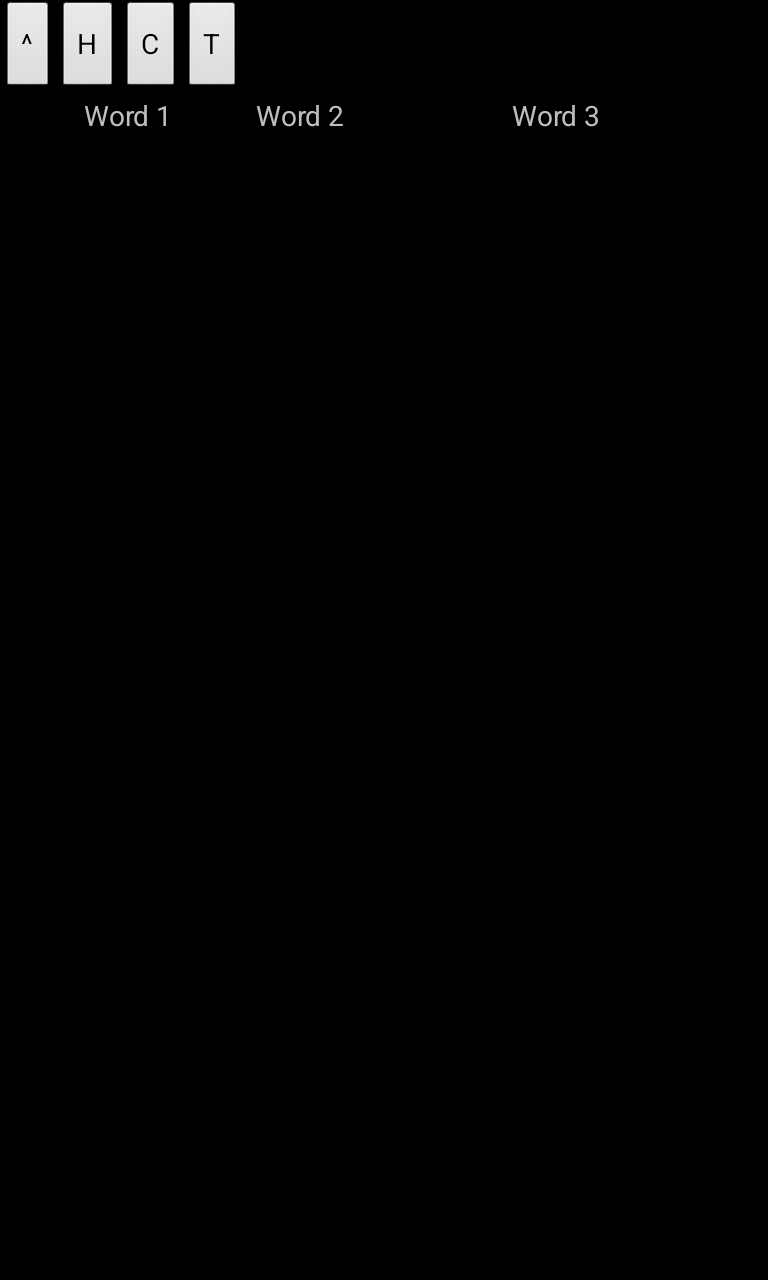
Repository: simplesns/workspace
Layout: eclipse/DEPuzzles/res/layout/wordsearch.xml
The author's editor kept a copy of each file at every save. The layout is drawn from the files as they stood at one save, then again after the next save.
It is drawn on a 768 x 1280 px phone screen (xhdpi) without system bars, with theme android:Theme; the app's code is not run.

Above is the layout before, as saved 2011-02-04 08:35:08.

### eclipse/DEPuzzles/res/layout/wordsearch.xml
<?xml version="1.0" encoding="utf-8"?>
<LinearLayout xmlns:android="http://schemas.android.com/apk/res/android"
	android:layout_width="fill_parent" android:layout_height="fill_parent"
	android:orientation="vertical">
	<LinearLayout android:id="@+id/LinearLayout01"
		android:layout_width="wrap_content" android:layout_height="wrap_content">
		<Button android:text="^" android:id="@+id/Button01"
			android:layout_width="wrap_content" android:layout_height="wrap_content"></Button>
		<Button android:text="H" android:id="@+id/Button02"
			android:layout_width="wrap_content" android:layout_height="wrap_content"></Button>
		<Button android:text="C" android:id="@+id/Button03"
			android:layout_width="wrap_content" android:layout_height="wrap_content"></Button>
		<Button android:text="T" android:id="@+id/Button04"
			android:layout_width="wrap_content" android:layout_height="wrap_content"></Button>
	</LinearLayout>
	<LinearLayout android:id="@+id/LinearLayout02"
		android:layout_width="wrap_content" android:layout_height="wrap_content"></LinearLayout>
	<TableLayout android:id="@+id/TableLayout01"
		android:layout_width="fill_parent" android:layout_height="wrap_content">
		<TableRow android:id="@+id/TableRow01" android:layout_width="fill_parent"
			android:layout_height="wrap_content">
			<TextView android:text="Word 1" android:id="@+id/TextView01"
				android:layout_width="wrap_content" android:layout_height="wrap_content"
				android:layout_weight="1" android:gravity="center_horizontal"></TextView>
			<TextView android:text="Word 2" android:id="@+id/TextView01"
				android:layout_width="wrap_content" android:layout_height="wrap_content"
				android:layout_weight="1"></TextView>
			<TextView android:text="Word 3" android:id="@+id/TextView01"
				android:layout_width="wrap_content" android:layout_height="wrap_content"
				android:layout_weight="1"></TextView>
		</TableRow>
		<TableRow android:id="@+id/TableRow02" android:layout_width="wrap_content"
			android:layout_height="wrap_content"></TableRow>
		<TableRow android:id="@+id/TableRow03" android:layout_width="wrap_content"
			android:layout_height="wrap_content"></TableRow>

	</TableLayout>
</LinearLayout>

After the next save:
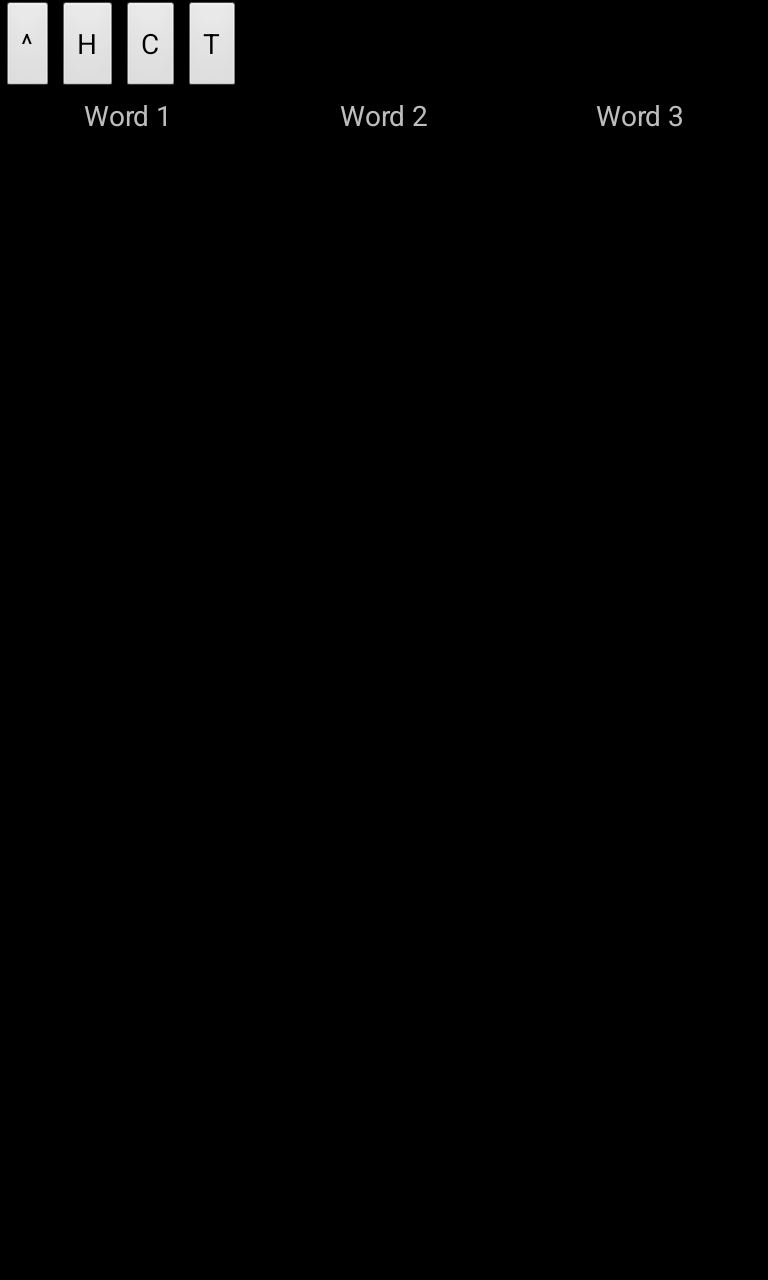
Saved 10 s later.
--- a/eclipse/DEPuzzles/res/layout/wordsearch.xml
+++ b/eclipse/DEPuzzles/res/layout/wordsearch.xml
@@ -24,10 +24,10 @@
 				android:layout_weight="1" android:gravity="center_horizontal"></TextView>
 			<TextView android:text="Word 2" android:id="@+id/TextView01"
 				android:layout_width="wrap_content" android:layout_height="wrap_content"
-				android:layout_weight="1"></TextView>
+				android:layout_weight="1" android:gravity="center_horizontal"></TextView>
 			<TextView android:text="Word 3" android:id="@+id/TextView01"
 				android:layout_width="wrap_content" android:layout_height="wrap_content"
-				android:layout_weight="1"></TextView>
+				android:layout_weight="1" android:gravity="center_horizontal"></TextView>
 		</TableRow>
 		<TableRow android:id="@+id/TableRow02" android:layout_width="wrap_content"
 			android:layout_height="wrap_content"></TableRow>
